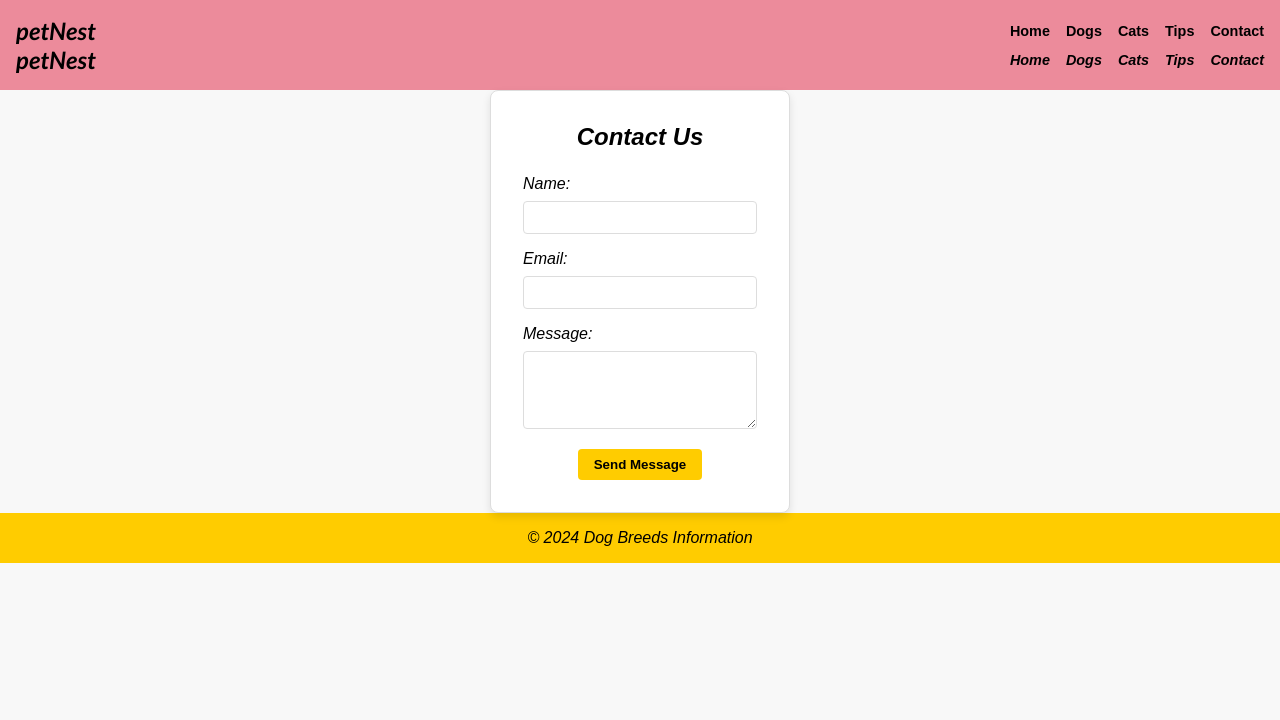
Repository: SHAHZADcodr/pet_care
Page: pages/contact.html
An editor plug-in stored every save of this project. The page is shown before and after the next save, followed by the edit.
The browser window is 1280 px wide. The pictures show the whole page.

Above is the page before, as saved 2024-11-04 23:34:15.

### pages/contact.html
<!DOCTYPE html>
<html lang="en">
<head>
    <meta charset="UTF-8">
    <meta name="viewport" content="width=device-width, initial-scale=1.0">
    <title>Contact Us</title>
    <link rel="stylesheet" href="contact.css"> <!-- Link to your CSS file -->
</head>
<body>
    <header>
        <nav>
     <h1 id="webName"><i><strong>petNest</strong></i></h1>
     <ul id="nav-links">
         <li><a href="../index.html">Home</a></li>
         <li><a href="dog.html">Dogs</a></li>
         <li><a href="cat.html">Cats</a></li>
         <li><a href="tips.html">Tips</a></li>
         <li><a href="contact.html" id="you">Contact</a></li>
     </ul>
 </nav> <nav>
     <h1 id="webName"><i><strong>petNest</strong></
i></h1>
     <ul id="nav-links">
         <li><a href="../index.html">Home</a></li>
         <li><a href="dog.html">Dogs</a></li>
         <li><a href="cat.html">Cats</a></li>
         <li><a href="tips.html">Tips</a></li>
         <li><a href="contact.html"
id="you">Contact</a></li>
     </ul>
 </nav>
    </header>
    <main class="contact-page">
        <div class="contact-card">
            <h2>Contact Us</h2>
            <form id="contact-form">
                <div class="form-group">
                    <label for="name">Name:</label>
                    <input type="text" id="name" name="name" required>
                </div>
                <div class="form-group">
                    <label for="email">Email:</label>
                    <input type="email" id="email" name="email" required>
                </div>
                <div class="form-group">
                    <label for="message">Message:</label>
                    <textarea id="message" name="message" rows="4" required></textarea>
                </div>
                <button type="submit">Send Message</button>
            </form>
        </div>
    </main>
    <footer>
        <p>&copy; 2024 Dog Breeds Information</p>
    </footer>
</body>
</html>

### pages/contact.css
/* General Reset */
* {
    margin: 0;
    padding: 0;
    box-sizing: border-box;
}
:root{
    --bg-background-color:rgb(236, 139, 155);
    --bg--body-color:rgb(250, 189, 199);
}
/* Basic Layout */
body {
    font-family: Arial, sans-serif;
    display: flex;
    flex-direction: column;
    min-height: 100vh; /* Ensures body takes full height of the viewport */
    background-color: #f8f8f8;
}

header {
    background-color:var(--bg-background-color);
    padding: 1rem;
    color: black;;
}

nav {
    display: flex;
    justify-content: space-between;
    align-items: center;
}

#nav-links {
    list-style-type: none;
    display: flex;
    gap: 1rem;
}

#nav-links a {
    color:black;
    text-decoration: none;
    font-size:0.9rem;
    font-weight: 600;
    transition:color 0.2s;
}
#nav-links a:hover{
    color:white!important;
}

 #nav-links  #you{
    cursor:url(/images/cursor.svg)3 3,auto !important;
}
/*Website name*/
#webName{
    font-family: 'Gill Sans', 'Gill Sans MT', Calibri, 'Trebuchet MS', sans-serif;
}
#webName:hover{
    color:aliceblue;
}


.contact-page {
    flex-grow: 1; /* Allows the main content to grow and push footer down */
    display: flex;
    justify-content: center;
    align-items: center;
}

.contact-card {
    background-color: #fff;
    border: 1px solid #ddd;
    border-radius: 8px;
    box-shadow: 0 4px 8px rgba(0, 0, 0, 0.1);
    padding: 2rem;
    width: 300px; /* Fixed width for contact card */
    text-align: center;
}

.contact-card h2 {
    margin-bottom: 1.5rem;
}

.form-group {
    margin-bottom: 1rem;
    text-align: left;
}

.form-group label {
    display: block;
    margin-bottom: 0.5rem;
}

.form-group input,
.form-group textarea {
    width: 100%;
    padding: 0.5rem;
    border: 1px solid #ddd;
    border-radius: 4px;
}

button {
    background-color: #ffcc00;
    border: none;
    padding: 0.5rem 1rem;
    border-radius: 4px;
    cursor: pointer;
    font-weight: bold;
}

button:hover {
    background-color: #e0b800; /* Darken button on hover */
}

footer {
    background-color: #ffcc00;
    text-align: center;
    padding: 1rem;
}

/* Responsive Design */
@media (max-width: 600px) {
    .contact-card {
        width: 90%; /* Full width on small screens */
    }
}

After the next save:
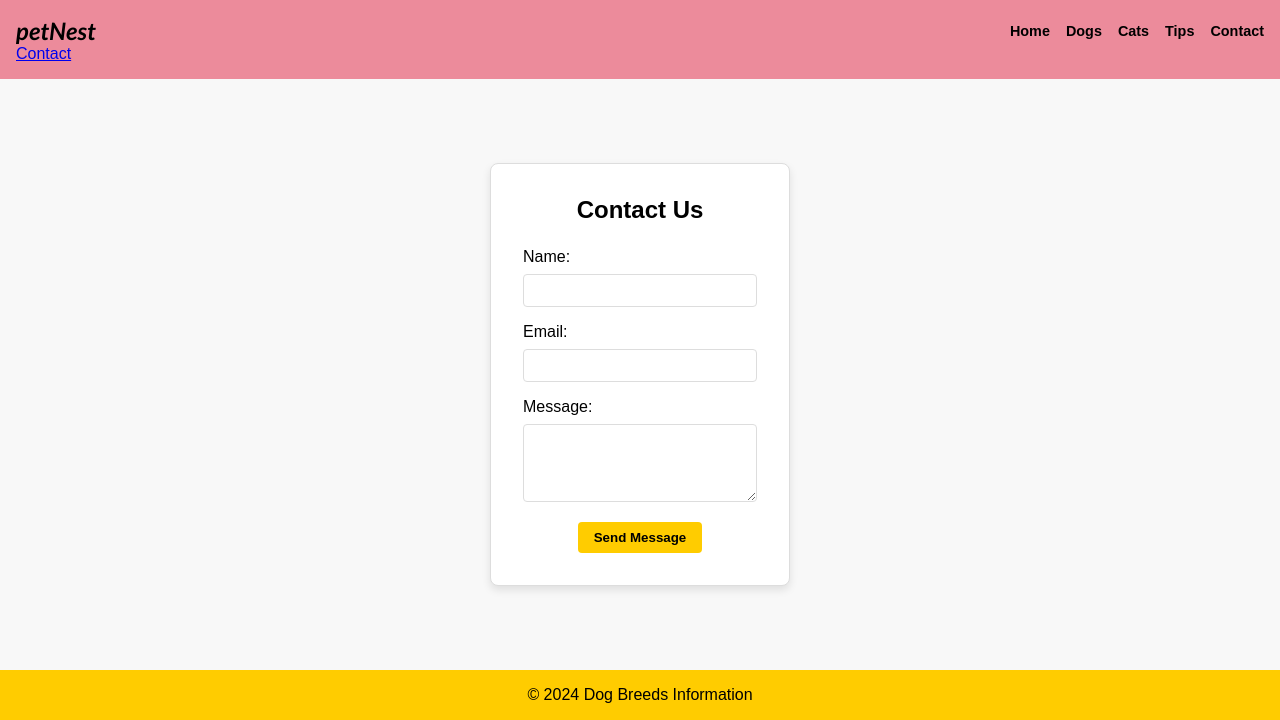
Saved 45 s later.
--- a/pages/contact.html
+++ b/pages/contact.html
@@ -17,14 +17,14 @@
          <li><a href="tips.html">Tips</a></li>
          <li><a href="contact.html" id="you">Contact</a></li>
      </ul>
- </nav> <nav>
-     <h1 id="webName"><i><strong>petNest</strong></
+ </nav>
+     <h1
 i></h1>
-     <ul id="nav-links">
-         <li><a href="../index.html">Home</a></li>
-         <li><a href="dog.html">Dogs</a></li>
-         <li><a href="cat.html">Cats</a></li>
-         <li><a href="tips.html">Tips</a></li>
+     <ul
+
+
+
+
          <li><a href="contact.html"
 id="you">Contact</a></li>
      </ul>
